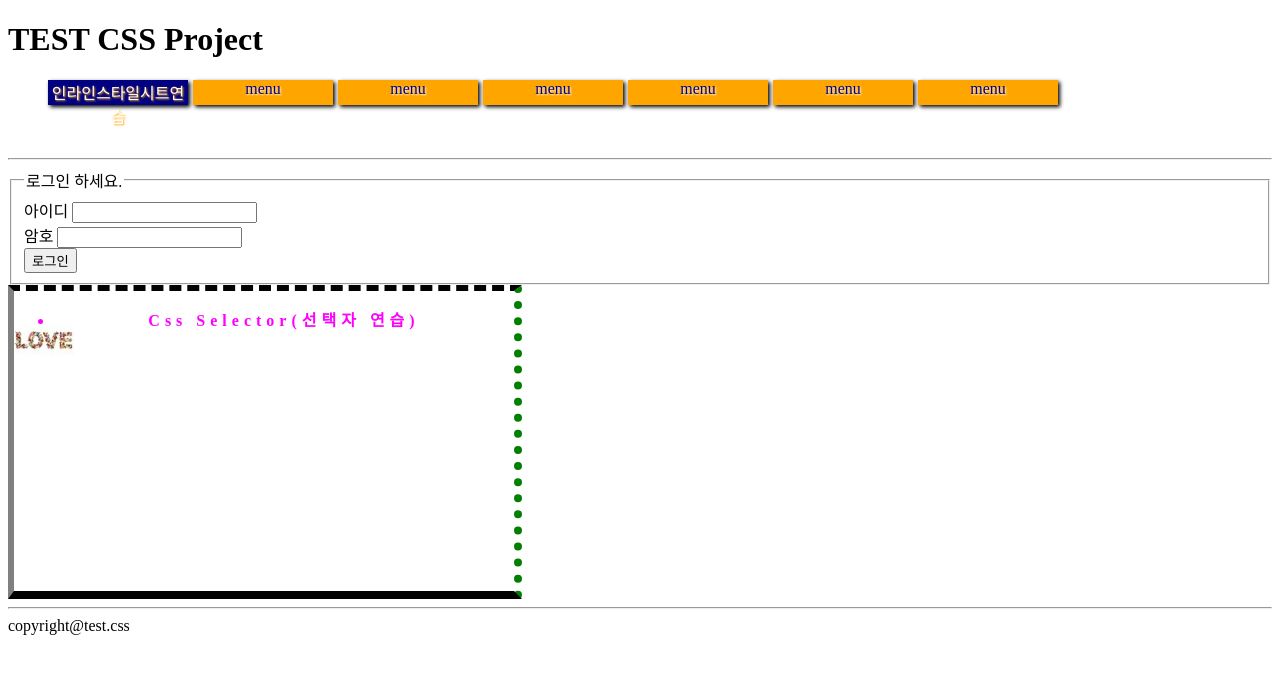
Repository: bianchi112/ict-data
Page: web_workspace/testCSSProject/src/main/webapp/index.html
These files come from the project's save history. The page is drawn as it stood at one moment and after the next save; the edit follows.
The browser window is 1280 px wide. The pictures show the whole page.
The first visible `header nav ul li a` is being pressed.

Above is the page before, as saved 2024-09-02 03:42:25.

After the next save:
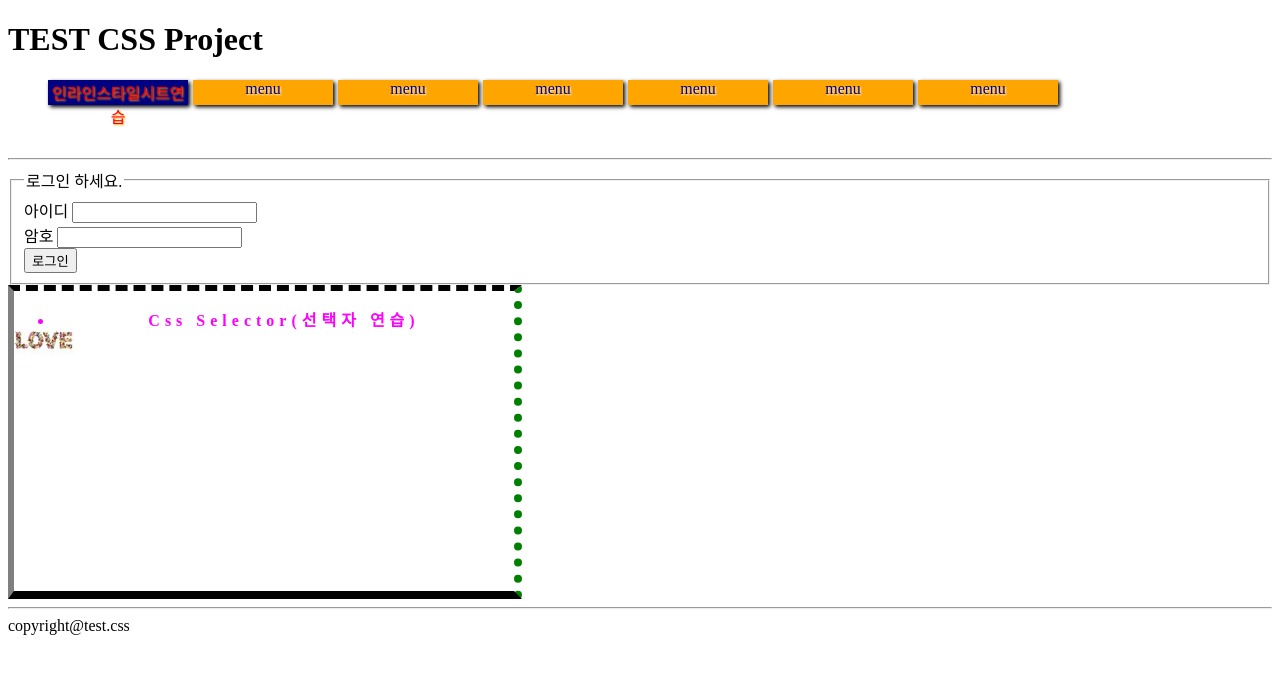
Saved 42 s later.
--- a/web_workspace/testCSSProject/src/main/webapp/index.html
+++ b/web_workspace/testCSSProject/src/main/webapp/index.html
@@ -68,6 +68,9 @@ header nav ul li a:hover {
 }
 
 /* a 태그 영역을 마우스 버튼 눌렀을 때 => :active 슈도 클래스 사용 */
+header nav ul li a:active {
+ color: red;
+}
 </style>
 </head>
 <body>
